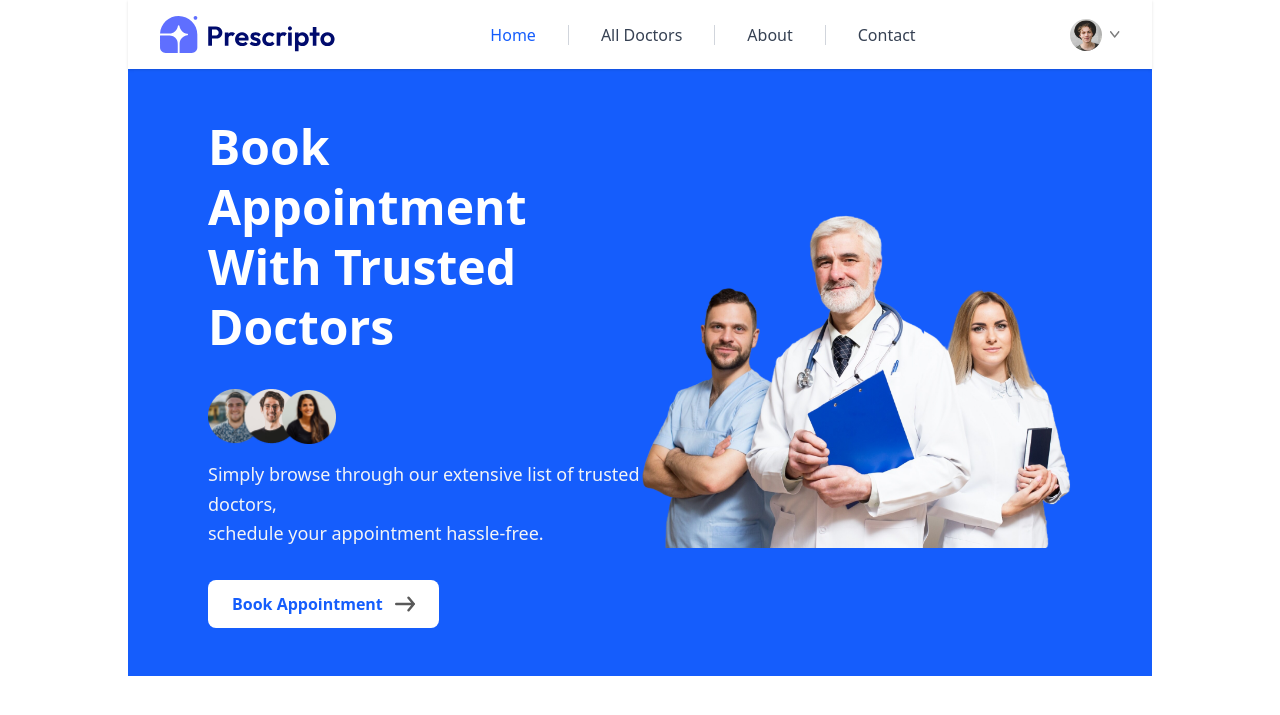
Repository: Pran2535/appointement_booking
Page: / (app in frontend/)
The author's editor kept a copy of each file at every save. The page is drawn from the files as they stood at one save, then again after the next save.
The browser window is 1280 px wide. The pictures show the whole page.
The project was rebuilt for these pictures with package versions that can differ from the ones it lists, and the page was loaded fresh each time. Also part of the build but not shown: frontend/vite.config.js, frontend/src/pages/About.jsx, frontend/src/pages/MyAppointments.jsx, frontend/src/pages/Doctors.jsx, frontend/src/pages/Login.jsx, frontend/src/pages/Contact.jsx, frontend/src/pages/MyProfile.jsx, frontend/src/pages/Appointment.jsx.

Above is the page before, as saved 2025-02-16 20:56:44.

### frontend/index.html
<!doctype html>
<html lang="en">
  <head>
    <meta charset="UTF-8" />
    <link rel="icon" type="image/svg+xml" href="/vite.svg" />
    <meta name="viewport" content="width=device-width, initial-scale=1.0" />
    <title>Mishra healthcare</title>
  </head>
  <body>
    <div id="root"></div>
    <script type="module" src="/src/main.jsx"></script>
  </body>
</html>

### frontend/src/main.jsx
import { StrictMode } from 'react'
import { createRoot } from 'react-dom/client'
import './index.css'
import App from './App.jsx'
import { BrowserRouter } from 'react-router-dom'

createRoot(document.getElementById('root')).render(
<BrowserRouter>
    <App />
  </BrowserRouter>,
)

### frontend/src/App.jsx
import React from 'react'
import { Route, Routes } from 'react-router-dom'
import Home from './pages/Home'
import About from './pages/About'
import MyAppointments from './pages/MyAppointments'
import Doctors from './pages/Doctors'
import Login from './pages/Login'
import Contact from './pages/Contact'
import MyProfile from './pages/MyProfile'
import Appointment from './pages/Appointment'
import Navbar from './components/Navbar'

const App = () => {
  return (
    <div className='mx-4 sm:mx-[10%]'>
      <Navbar/>{ /* mounted navbar component before routes so that it gets displayed over the all routes */}
      <Routes>
        <Route path='/' element={<Home />} />
        <Route path='/about' element={<About />} />
        <Route path='/my-appointments' element={<MyAppointments />} />
        <Route path='/doctors' element={<Doctors/>}/>
        <Route path='/doctors/:speciality' element={<Doctors/>}/>
        <Route path ='/login' element={<Login/>}/>
        <Route path='/contact' element={<Contact/>}/>
        <Route path ='/my-profile' element={<MyProfile/>}/>
        <Route path ='/appointments/:docId' element={<Appointment/>}/>
      </Routes>
    </div>
  )
}

export default App

### frontend/src/pages/Home.jsx
import React from 'react'
import Header from '../components/Header'

const Home = () => {
  return (
    <div>
      <Header/>
    </div>
  )
}

export default Home

### frontend/src/components/Navbar.jsx
import React, { useState } from 'react'
import { NavLink, useNavigate } from 'react-router-dom'
import { assets } from '../assets/assets'

const links = [
  { to: '/', label: 'Home' },
  { to: '/doctors', label: 'All Doctors' },
  { to: '/about', label: 'About' },
  { to: '/contact', label: 'Contact' }
]

const Navbar = () => {
  const navigate = useNavigate();
  const [showMenu, setShowMenu]=useState(false);
  const [token,setToken]=useState(true);


  return (
    <nav className="sticky top-0 bg-white shadow-sm z-50">
      <div className="max-w-7xl mx-auto px-4 sm:px-6 lg:px-8 py-4 flex items-center justify-between">
        {/* Logo */}
        <div className="flex-shrink-0">
          <img
            className="w-32 md:w-40 lg:w-44 h-auto cursor-pointer transition-transform hover:scale-105"
            src={assets.logo}
            alt="Company Logo"
          />
        </div>

        {/* Navigation Links */}
        <div className="hidden md:block">
          <ul className="flex items-center space-x-8">
            {links.map((l, i) => (
              <React.Fragment key={l.to}>
                <NavLink
                  to={l.to}
                  className={({ isActive }) =>
                    `font-medium transition-colors duration-200 hover:text-blue-600 ${
                      isActive ? 'text-blue-600' : 'text-gray-700'
                    }`
                  }
                >
                  {l.label}
                </NavLink>
                {i < links.length - 1 && (
                  <div className="h-5 w-px bg-gray-300" aria-hidden="true" />
                )}
              </React.Fragment>
            ))}
          </ul>
        </div>

        {/* CTA Button */}
        <div className="flex items-center gap-4">
            {
                token?
                <div className='flex items-center gap-2 cursor-pointer group relative' >
                    <img className='w-8 rounded-full' src={assets.profile_pic} alt="" />
                    <img className='w-2.5 ' src={assets.dropdown_icon} alt="" />
                    <div className='absolute top-0 right-0 pt-14 text-base font-medium text-gray-600 z-20 hidden group-hover:block'>
                        <div className='min-w-48 bg-stone-100 rounded flex flex-col gap-4 p-4'>
                            <p onClick={()=>navigate('/my-appointments')} className='hover:text-black cursor-pointer'>My Appointments</p>
                            <p onClick={()=>navigate('/my-profile')} className='hover:text-black cursor-pointer'>My Profile</p>
                            <p onClick={()=>setToken(false)} className='hover:text-black cursor-pointer'>Logout</p>
                        </div>
                    </div>
                </div>

                :
                 <button
            onClick={() => navigate('/login')}
            className="hidden cursor-pointer md:block bg-blue-600 hover:bg-blue-700 text-white px-6 py-3 rounded-full font-semibold transition-colors duration-200 focus:outline-none focus:ring-2 focus:ring-blue-500 focus:ring-offset-2 shadow-md"
          >
            Create Account
          </button>
            }

        </div>
      </div>
    </nav>
  )
}

export default Navbar

### frontend/src/components/Header.jsx
import React from 'react';
import { assets } from '../assets/assets';

const Header = () => {
  return (
    <div className="flex flex-col md:flex-row justify-between items-center bg-blue-600 px-6 md:px-10 lg:px-20 py-12 text-white">
      {/* Left side */}
      <div className="w-full md:w-1/2 space-y-8 mb-8 md:mb-0">
        <h1 className="text-4xl lg:text-5xl font-bold leading-tight">
          Book Appointment <br /> With Trusted Doctors
        </h1>

        <div className="space-y-4">
          <div className="flex items-center space-x-4">
            <img
              src={assets.group_profiles}
              alt="Doctor Profiles"
              className="w-32 h-auto object-contain"
            />
          </div>

          <p className="text-lg text-gray-100 leading-relaxed">
            Simply browse through our extensive list of trusted doctors,
            <br className="hidden md:block" />
            schedule your appointment hassle-free.
          </p>
        </div>

        <a
          href="#"
          className="inline-flex items-center space-x-3 bg-white text-blue-600 px-6 py-3 rounded-lg font-semibold hover:bg-gray-100 transition-colors duration-200"
        >
          <span>Book Appointment</span>
          <img
            src={assets.arrow_icon}
            alt="Arrow"
            className="w-5 h-5"
          />
        </a>
      </div>

      {/* Right side */}
      <div className="w-full md:w-1/2 flex justify-center md:justify-end">
        <img
          src={assets.header_img}
          alt="Header illustration"
          className="w-full max-w-lg h-auto object-contain"
        />
      </div>
    </div>
  );
};

export default Header;

Loaded but not shown: frontend/src/index.css (common file); frontend/src/assets/assets.js (299 lines, source omitted)

After the next save:
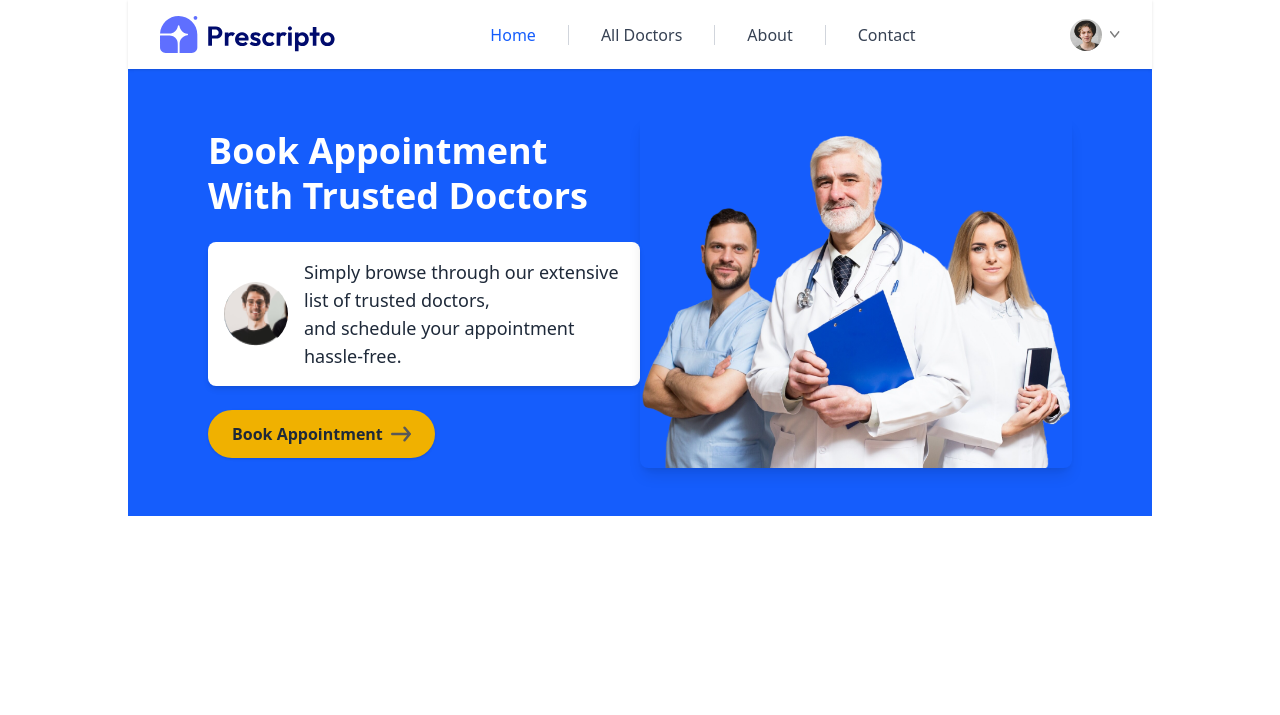
Saved 25 s later.
--- a/frontend/src/components/Header.jsx
+++ b/frontend/src/components/Header.jsx
@@ -3,48 +3,38 @@
 
 const Header = () => {
   return (
-    <div className="flex flex-col md:flex-row justify-between items-center bg-blue-600 px-6 md:px-10 lg:px-20 py-12 text-white">
-      {/* Left side */}
-      <div className="w-full md:w-1/2 space-y-8 mb-8 md:mb-0">
-        <h1 className="text-4xl lg:text-5xl font-bold leading-tight">
+    <div className="flex flex-col md:flex-row items-center justify-between bg-blue-600 text-white px-6 md:px-10 lg:px-20 py-12">
+      {/* Left Side */}
+      <div className="md:w-1/2 space-y-6">
+        <h1 className="text-3xl md:text-4xl font-bold leading-tight">
           Book Appointment <br /> With Trusted Doctors
         </h1>
-
-        <div className="space-y-4">
-          <div className="flex items-center space-x-4">
-            <img
-              src={assets.group_profiles}
-              alt="Doctor Profiles"
-              className="w-32 h-auto object-contain"
-            />
-          </div>
-
-          <p className="text-lg text-gray-100 leading-relaxed">
+        <div className="flex items-center gap-4 bg-white text-gray-800 p-4 rounded-lg shadow-md">
+          <img
+            src={assets.group_profiles}
+            alt="Trusted Doctors"
+            className="w-16 h-16 rounded-full object-cover"
+          />
+          <p className="text-lg">
             Simply browse through our extensive list of trusted doctors,
-            <br className="hidden md:block" />
-            schedule your appointment hassle-free.
+            <br /> and schedule your appointment hassle-free.
           </p>
         </div>
-
         <a
           href="#"
-          className="inline-flex items-center space-x-3 bg-white text-blue-600 px-6 py-3 rounded-lg font-semibold hover:bg-gray-100 transition-colors duration-200"
+          className="inline-flex items-center gap-2 bg-yellow-500 hover:bg-yellow-600 text-gray-800 font-semibold px-6 py-3 rounded-full shadow transition duration-300"
         >
-          <span>Book Appointment</span>
-          <img
-            src={assets.arrow_icon}
-            alt="Arrow"
-            className="w-5 h-5"
-          />
+          Book Appointment
+          <img src={assets.arrow_icon} alt="Arrow Icon" className="w-5 h-5" />
         </a>
       </div>
 
-      {/* Right side */}
-      <div className="w-full md:w-1/2 flex justify-center md:justify-end">
+      {/* Right Side */}
+      <div className="md:w-1/2 mt-8 md:mt-0 flex justify-center">
         <img
           src={assets.header_img}
-          alt="Header illustration"
-          className="w-full max-w-lg h-auto object-contain"
+          alt="Header Illustration"
+          className="w-full max-w-md rounded-lg shadow-lg"
         />
       </div>
     </div>

After the save that followed:
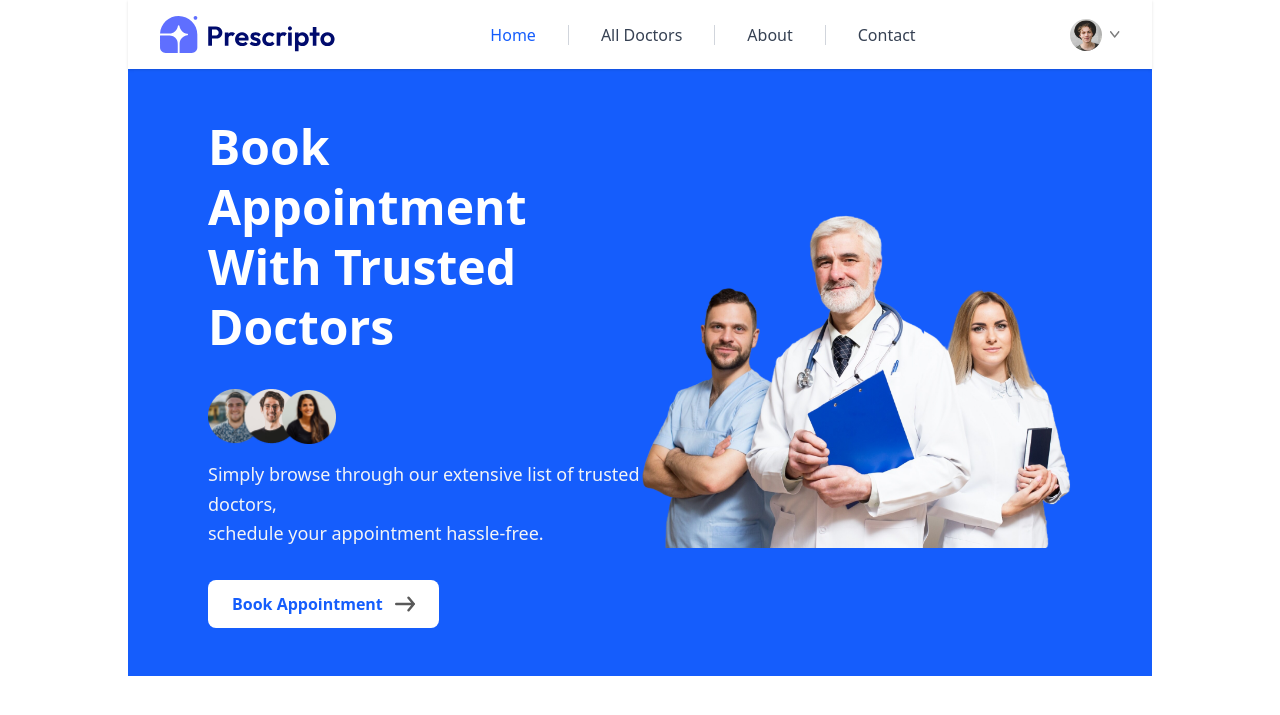
Saved 12 s later.
--- a/frontend/src/components/Header.jsx
+++ b/frontend/src/components/Header.jsx
@@ -3,38 +3,48 @@
 
 const Header = () => {
   return (
-    <div className="flex flex-col md:flex-row items-center justify-between bg-blue-600 text-white px-6 md:px-10 lg:px-20 py-12">
-      {/* Left Side */}
-      <div className="md:w-1/2 space-y-6">
-        <h1 className="text-3xl md:text-4xl font-bold leading-tight">
+    <div className="flex flex-col md:flex-row justify-between items-center bg-blue-600 px-6 md:px-10 lg:px-20 py-12 text-white">
+      {/* Left side */}
+      <div className="w-full md:w-1/2 space-y-8 mb-8 md:mb-0">
+        <h1 className="text-4xl lg:text-5xl font-bold leading-tight">
           Book Appointment <br /> With Trusted Doctors
         </h1>
-        <div className="flex items-center gap-4 bg-white text-gray-800 p-4 rounded-lg shadow-md">
-          <img
-            src={assets.group_profiles}
-            alt="Trusted Doctors"
-            className="w-16 h-16 rounded-full object-cover"
-          />
-          <p className="text-lg">
+
+        <div className="space-y-4">
+          <div className="flex items-center space-x-4">
+            <img
+              src={assets.group_profiles}
+              alt="Doctor Profiles"
+              className="w-32 h-auto object-contain"
+            />
+          </div>
+
+          <p className="text-lg text-gray-100 leading-relaxed">
             Simply browse through our extensive list of trusted doctors,
-            <br /> and schedule your appointment hassle-free.
+            <br className="hidden md:block" />
+            schedule your appointment hassle-free.
           </p>
         </div>
+
         <a
           href="#"
-          className="inline-flex items-center gap-2 bg-yellow-500 hover:bg-yellow-600 text-gray-800 font-semibold px-6 py-3 rounded-full shadow transition duration-300"
+          className="inline-flex items-center space-x-3 bg-white text-blue-600 px-6 py-3 rounded-lg font-semibold hover:bg-gray-100 transition-colors duration-200"
         >
-          Book Appointment
-          <img src={assets.arrow_icon} alt="Arrow Icon" className="w-5 h-5" />
+          <span>Book Appointment</span>
+          <img
+            src={assets.arrow_icon}
+            alt="Arrow"
+            className="w-5 h-5"
+          />
         </a>
       </div>
 
-      {/* Right Side */}
-      <div className="md:w-1/2 mt-8 md:mt-0 flex justify-center">
+      {/* Right side */}
+      <div className="w-full md:w-1/2 flex justify-center md:justify-end">
         <img
           src={assets.header_img}
-          alt="Header Illustration"
-          className="w-full max-w-md rounded-lg shadow-lg"
+          alt="Header illustration"
+          className="w-full max-w-lg h-auto object-contain"
         />
       </div>
     </div>
